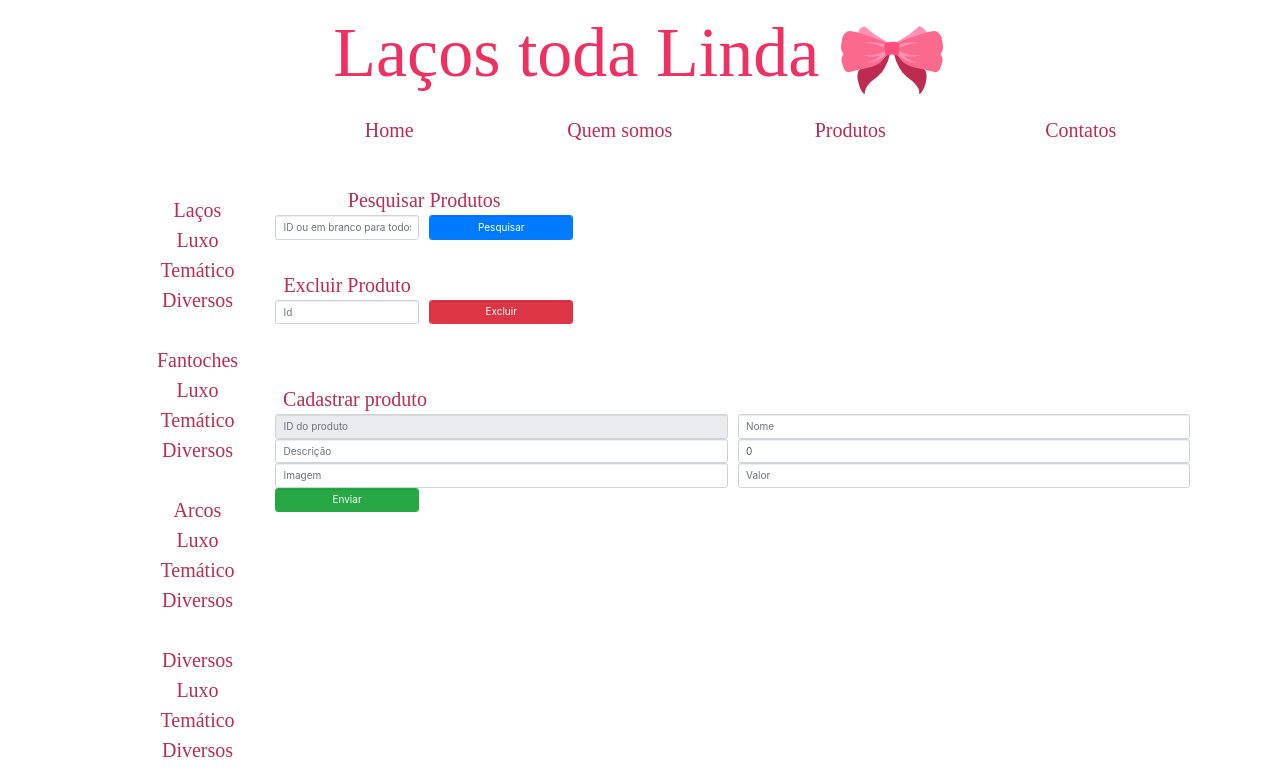
Repository: felipe-camilo/projin2
Page: http://localhost/projetointegrador/admin.jsp
These files come from the project's save history. The page is drawn as it stood at one moment and after the next save; the edit follows.
The browser window is 1280 px wide. The pictures show the whole page.
Some web fonts or font styles are not loaded; a fallback is used. The page is served by Tomcat 9.

Above is the page before, as saved 2022-03-30 01:48:28.

After the next save:
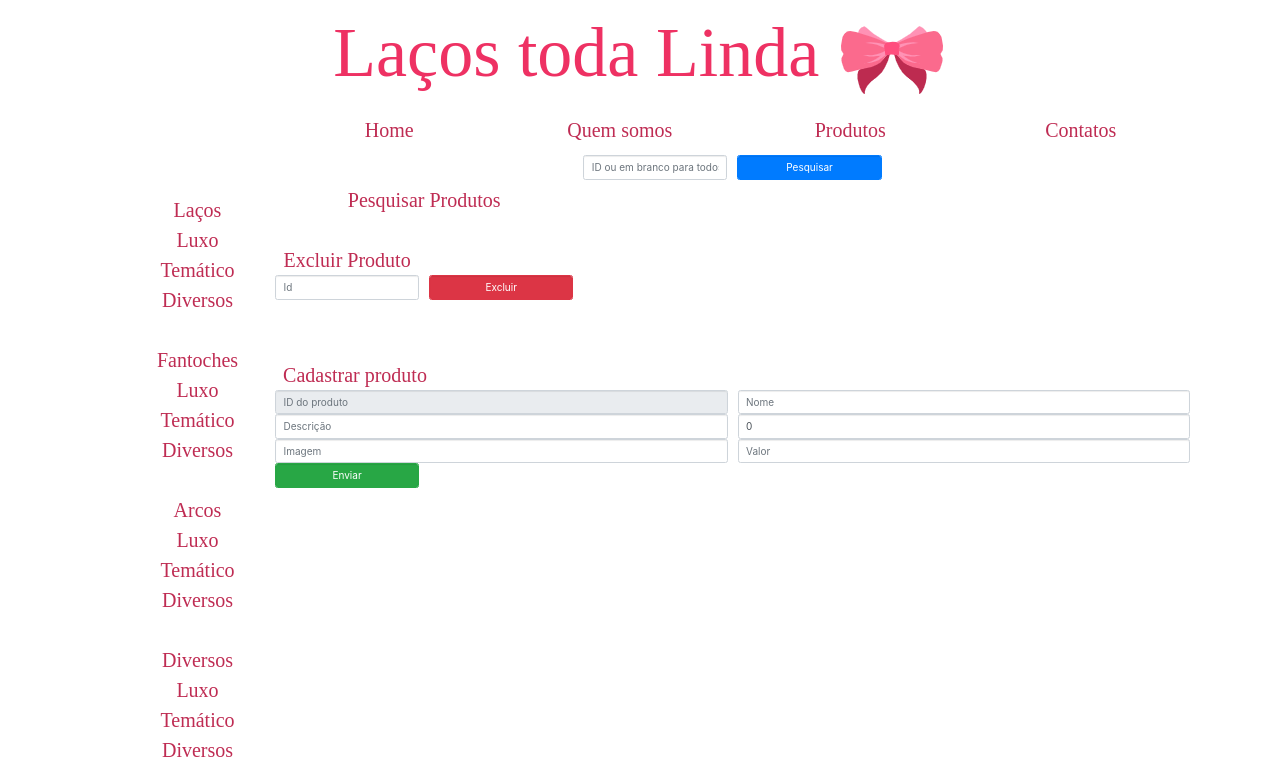
Saved 26 s later.
--- a/projetointegrador/src/main/webapp/admin.jsp
+++ b/projetointegrador/src/main/webapp/admin.jsp
@@ -151,11 +151,11 @@
 					</div>
 					<form action="consulta.jsp" method="get">
 						<div class="form-row">
-							<div class="col-4 menu-lateral-categoria">Pesquisar
-								Produtos</div>
-
-						</div>
-						<div class="form-row">
+
+
+						</div>
+						<div class="form-row">
+						<div class="col-4 menu-lateral-categoria">Pesquisar	Produtos</div>
 							<div class="col-2">
 								<input type="text" class="form-control entrada"
 									placeholder="ID ou em branco para todos" name="pesquisa">
